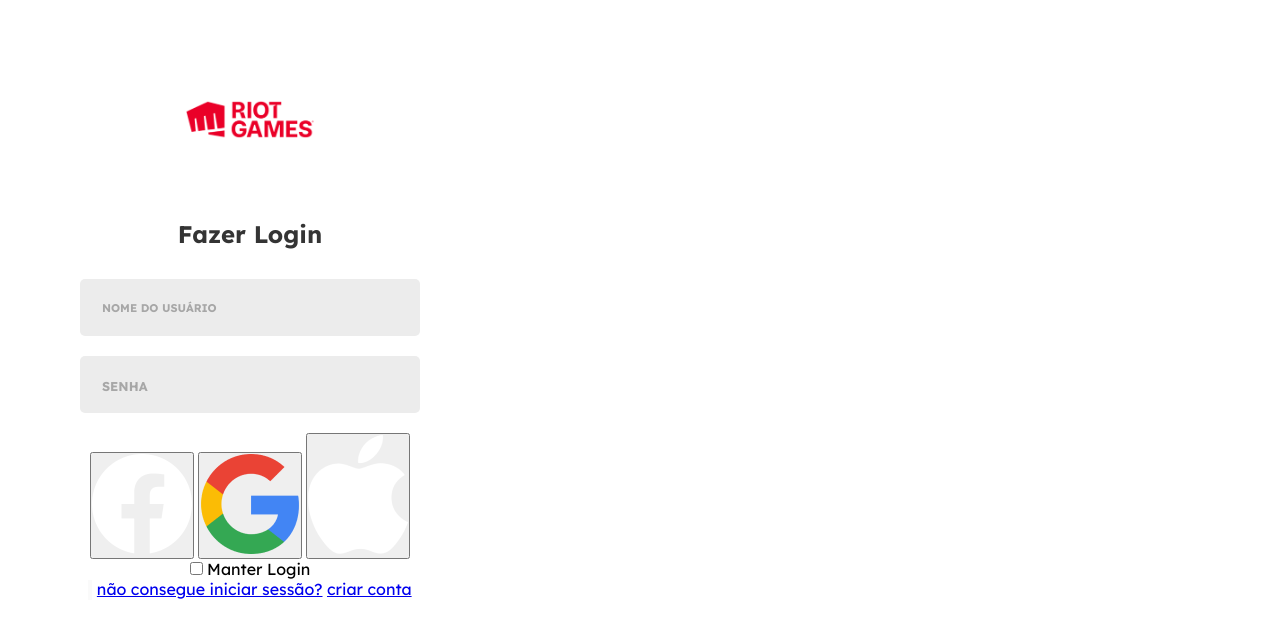
Repository: guilhermecardoso93/lolpage
Page: index.html
These files come from the project's save history. The page is drawn as it stood at one moment and after the next save; the edit follows.
The browser window is 1280 px wide. The pictures show the whole page.

Above is the page before, as saved 2022-06-11 21:08:56.

### index.html
<!DOCTYPE html>
<html lang="pt-BR">
  <head>
    <meta charset="UTF-8" />
    <meta http-equiv="X-UA-Compatible" content="IE=edge" />
    <link rel="shortcut icon" href="favicon.ico" type="image/x-icon" />
    <meta name="viewport" content="width=device-width, initial-scale=1.0" />
    <link rel="stylesheet" href="./style.css" />
    <title>League of Legends - Login</title>
  </head>
  <body>
    <main>
      <section class="login">
        <img src="./assets/logo.png" alt="Logo Riot Games" class="login_logo" />
        <h1 class="login_title">Fazer Login</h1>
        <label for="" class="login_label">
          <span class="active">nome do usuário</span>
          <input type="text" name="username" class="input" />
        </label>
        <label for="" class="login_label">
          <span>senha</span>
          <input type="password" name="password" class="input" />
        </label>
        <div class="login_icons">
          <button type="button" class="icons_button">
            <img src="./assets/facebook-icon.png" alt="facebook" />
          </button>
          <button type="button" class="icons_button">
            <img src="./assets/google-icon.png" alt="google" />
          </button>
          <button type="button" class="icons_button">
            <img src="./assets/apple-icon.png" alt="apple" />
          </button>
        </div>
        <label for="" class="login-label--checkbox">
          <input type="checkbox" class="input--checkout" />
          Manter Login
        </label>
        <div class="wrapper">
          <button type="button" class="login__button" disabled>
            <svg xmlns="http://www.w3.org/2000/svg" viewBox="0 0 448 512">
              <path
                d="M438.6 278.6l-160 160C272.4 444.9 264.2 448 256 448s-16.38-3.125-22.62-9.375c-12.5-12.5-12.5-32.75 0-45.25L338.8 288H32C14.33 288 .0016 273.7 .0016 256S14.33 224 32 224h306.8l-105.4-105.4c-12.5-12.5-12.5-32.75 0-45.25s32.75-12.5 45.25 0l160 160C451.1 245.9 451.1 266.1 438.6 278.6z"
              />
            </svg>
          </button>

          <a href="#" class="login__link">não consegue iniciar sessão?</a>
          <a href="#" class="login__link">criar conta</a>
        </div>
      </section>
      <section class="wallpaper"></section>
    </main>
  </body>
  <script src="./script.js"></script>
</html>

### style.css
@import url("https://fonts.googleapis.com/css2?family=Lexend+Deca:wght@300;400;500;600;700&display=swap");

* {
  margin: 0;
  padding: 0;
  box-sizing: border-box;
  font-family: "Lexend Deca", sans-serif;
}

:root {
  --white: #fff;
  --whitesmoke: #f9f9f9;
  --light-grey: #ececec;
  --grey: #c4c4c4;
  --medium-grey: #a7a7a7;
  --deep-grey: #343434;
  --black: #000000;
  --blue: #1b77f3;
  --red: #cf3c3f;
}

.login {
  display: flex;
  flex-direction: column;
  align-items: center;
  padding: clamp(35px, 8%, 80px);
  width: 100%;
  max-width: 500px;
  min-height: 100vh;
}

.login_logo {
  width: 130px;
  margin-bottom: 80px;
  margin-top: 20px;
}

.login_title {
  color: var(--deep-grey);
  font-size: 1.5rem;
  margin-bottom: 30px;
}

.login_label {
  display: block;
  margin-bottom: 20px;
  width: 100%;
}

.input {
  width: 100%;
  background-color: var(--light-grey);
  border: 2px solid rgba(0, 0, 0, 0);
  border-radius: 5px;
  outline: none;
  font-size: 0.9rem;
  padding: 25px 10px 10px;
  font-weight: 600;
  color: var(--deep-grey);
}

.login_label span {
  position: absolute;
  font-size: 0.8rem;
  font-weight: 700;
  text-transform: uppercase;
  color: var(--medium-grey);
  padding: 2px;
  margin: 20px;
  cursor: text;
}

.input:focus {
  background-color: var(--whitesmoke);
  border: 2px solid var(--deep-grey);
}

.login_label .active {
  font-size: 0.7rem;
}

Loaded but not shown: script.js (no stored copy; drawn as an empty file)

After the next save:
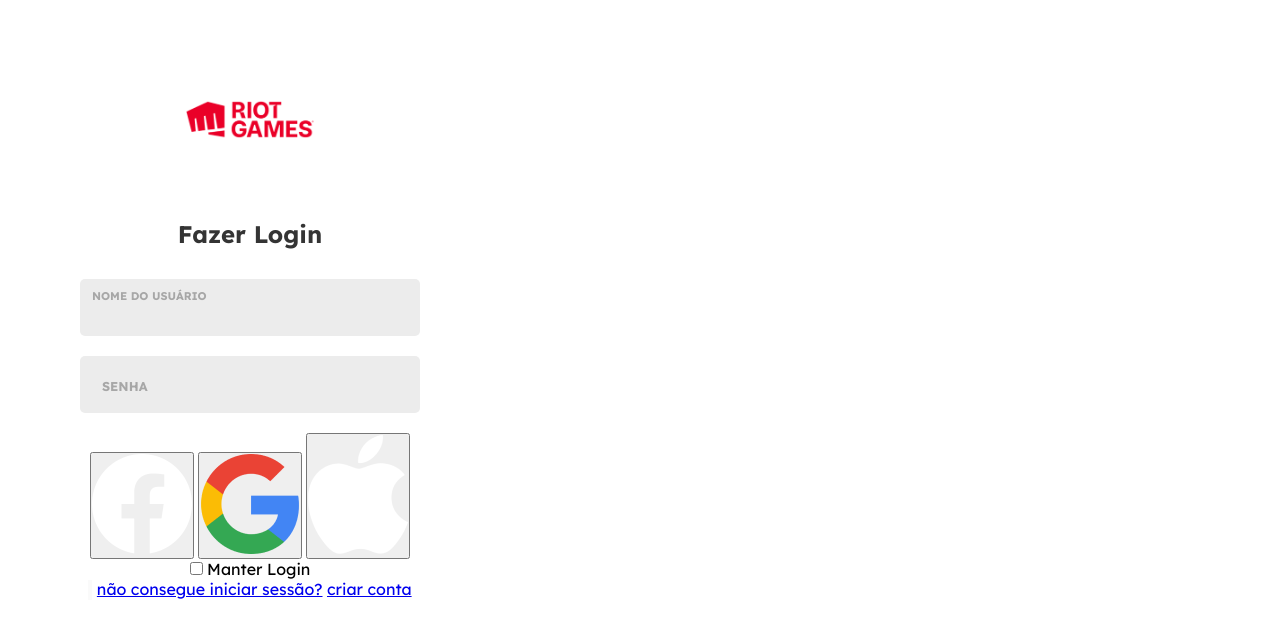
Saved 9 s later.
--- a/style.css
+++ b/style.css
@@ -77,4 +77,5 @@
 
 .login_label .active {
   font-size: 0.7rem;
+  margin: 8px 10px;
 }
